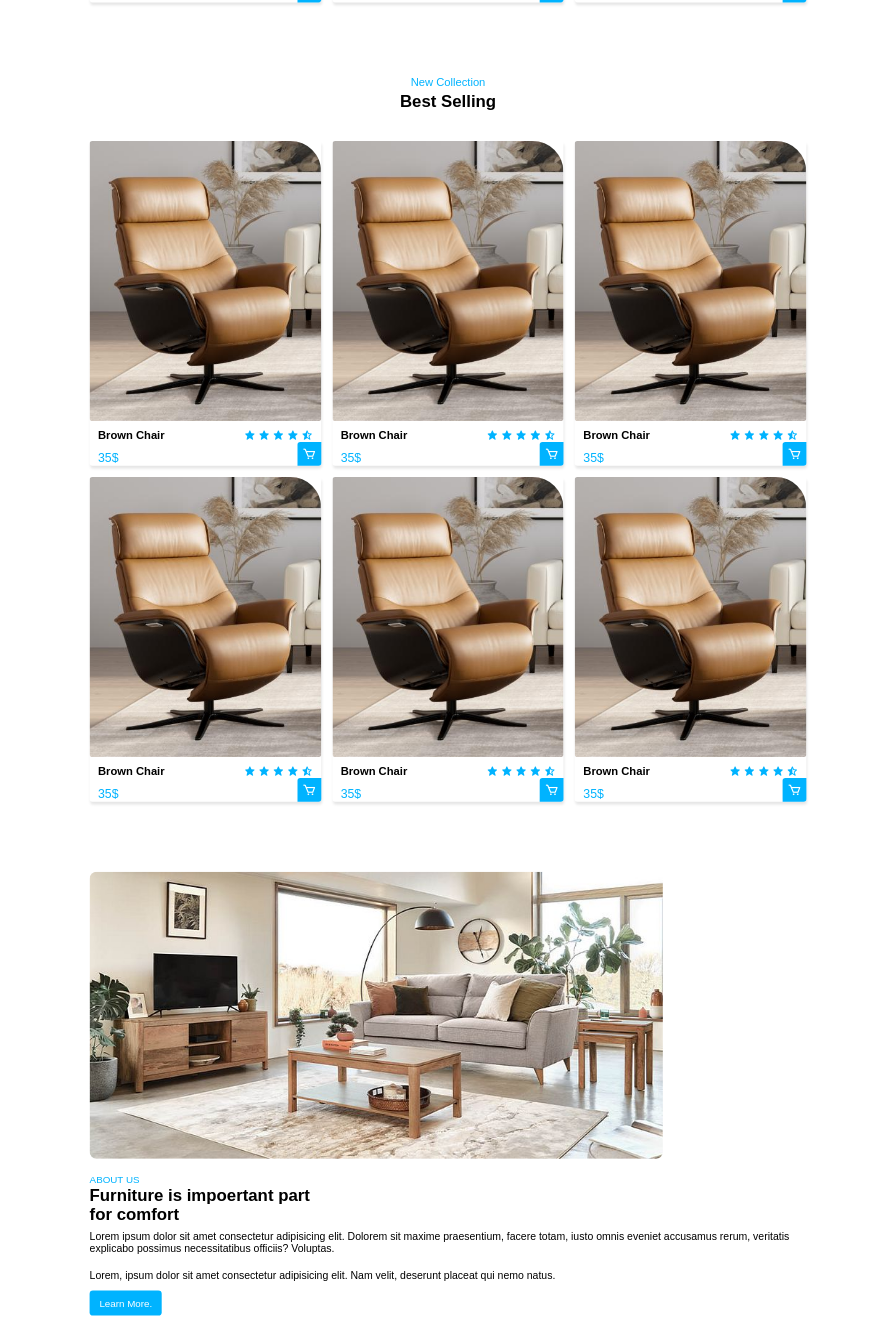
Repository: alishbah7/Choice1
Page: index.html
These files come from the project's save history. The page is drawn as it stood at one moment and after the next save; the edit follows.
The browser window is 1280 px wide. The pictures show the part of the page from y = 1809 to 3729 px (the page is 3729 px tall), at 70% of full size.
Backgrounds fixed to the window are drawn as part of the page.

Above is the page before, as saved 2024-11-24 10:44:58.

### index.html
<!DOCTYPE html>
<html lang="en">
<head>
    <meta charset="UTF-8">
    <meta name="viewport" content="width=device-width, initial-scale=1.0">
    <title>Navbar</title>

    <!--=== CSS ===-->
    <link rel="stylesheet" href="style.css">

    <!--=== BOXICONS ===-->
    <link href='https://unpkg.com/boxicons@2.1.4/css/boxicons.min.css' rel='stylesheet' />
</head>
<body>
    <!------------ header ------------>
    <header>
        <a href="#" class="logo">Choice <span>1.</span></a>
        <div class="bx bx-menu" id="menu-icon"></div>

        <ul class="navbar">
            <li><a href="#home">Home</a></li>
            <li><a href="#shop">Shop</a></li>
            <li><a href="#new">New Arrival</a></li>
            <li><a href="#about">About</a></li>
            <li><a href="#brands">Our Partners</a></li>
            <li><a href="#contact">Contact</a></li>
        </ul>
    </header>

    <!------------ home ------------>
    <section class="home" id="home">
        <div class="home-text">
            <h1><span>Make</span> Your Comfort <br> Is Our <span>Happiness</span></h1>
            <p>Lorem, ipsum dolor sit amet consectetur adipisicing elit. <br> Expedita totam consequuntur fuga quis aperiam nulla.</p>
            <a href="shop" class="btn">Shop Now</a>
        </div>
    </section>

    <!------------ shop ------------>
    <section class="shop" id="shop">
        <div class="heading">
            <span>New Arrival</span>
            <h1>Shop Now</h1>
        </div>
        <!------------ content ------------>
        <div class="shop-container">
            <!------------ box1 ------------>
            <div class="box">
                <div class="box-img">
                    <img src="img/img1.jpg" alt="">
                </div>
                <div class="title-price">
                    <h3>Brown Chair</h3>
                    <div class="stars">
                        <i class="bx bxs-star"></i>
                        <i class="bx bxs-star"></i>
                        <i class="bx bxs-star"></i>
                        <i class="bx bxs-star"></i>
                        <i class="bx bxs-star-half"></i>
                    </div>
                </div>
                <span>35$</span>
                <i class="bx bx-cart"></i>
            </div>
            <!------------ box2 ------------>
            <div class="box">
                <div class="box-img">
                    <img src="img/img1.jpg" alt="">
                </div>
                <div class="title-price">
                    <h3>Brown Chair</h3>
                    <div class="stars">
                        <i class="bx bxs-star"></i>
                        <i class="bx bxs-star"></i>
                        <i class="bx bxs-star"></i>
                        <i class="bx bxs-star"></i>
                        <i class="bx bxs-star-half"></i>
                    </div>
                </div>
                <span>35$</span>
                <i class="bx bx-cart"></i>
            </div>
            <!------------ box3 ------------>
            <div class="box">
                <div class="box-img">
                    <img src="img/img1.jpg" alt="">
                </div>
                <div class="title-price">
                    <h3>Brown Chair</h3>
                    <div class="stars">
                        <i class="bx bxs-star"></i>
                        <i class="bx bxs-star"></i>
                        <i class="bx bxs-star"></i>
                        <i class="bx bxs-star"></i>
                        <i class="bx bxs-star-half"></i>
                    </div>
                </div>
                <span>35$</span>
                <i class="bx bx-cart"></i>
            </div>
            <!------------ box4 ------------>
            <div class="box">
                <div class="box-img">
                    <img src="img/img1.jpg" alt="">
                </div>
                <div class="title-price">
                    <h3>Brown Chair</h3>
                    <div class="stars">
                        <i class="bx bxs-star"></i>
                        <i class="bx bxs-star"></i>
                        <i class="bx bxs-star"></i>
                        <i class="bx bxs-star"></i>
                        <i class="bx bxs-star-half"></i>
                    </div>
                </div>
                <span>35$</span>
                <i class="bx bx-cart"></i>
            </div>
            <!------------ box5 ------------>
            <div class="box">
                <div class="box-img">
                    <img src="img/img1.jpg" alt="">
                </div>
                <div class="title-price">
                    <h3>Brown Chair</h3>
                    <div class="stars">
                        <i class="bx bxs-star"></i>
                        <i class="bx bxs-star"></i>
                        <i class="bx bxs-star"></i>
                        <i class="bx bxs-star"></i>
                        <i class="bx bxs-star-half"></i>
                    </div>
                </div>
                <span>35$</span>
                <i class="bx bx-cart"></i>
            </div>
            <!------------ box6 ------------>
            <div class="box">
                <div class="box-img">
                    <img src="img/img1.jpg" alt="">
                </div>
                <div class="title-price">
                    <h3>Brown Chair</h3>
                    <div class="stars">
                        <i class="bx bxs-star"></i>
                        <i class="bx bxs-star"></i>
                        <i class="bx bxs-star"></i>
                        <i class="bx bxs-star"></i>
                        <i class="bx bxs-star-half"></i>
                    </div>
                </div>
                <span>35$</span>
                <i class="bx bx-cart"></i>
            </div>
        </div>
    </section>
    <!------------ new arrival ------------>
    <section class="new" id="new">
        <div class="heading">
            <span>New Collection</span>
            <h1>Best Selling</h1>
        </div>
    <!------------ content ------------>
    <div class="new-container">
        <!------------ box1 ------------>
        <div class="box">
            <div class="box-img">
                <img src="img/img1.jpg" alt="">
            </div>
            <div class="title-price">
                <h3>Brown Chair</h3>
                <div class="stars">
                    <i class="bx bxs-star"></i>
                    <i class="bx bxs-star"></i>
                    <i class="bx bxs-star"></i>
                    <i class="bx bxs-star"></i>
                    <i class="bx bxs-star-half"></i>
                </div>
            </div>
            <span>35$</span>
            <i class="bx bx-cart"></i>
        </div>
        <!------------ box2 ------------>
        <div class="box">
            <div class="box-img">
                <img src="img/img1.jpg" alt="">
            </div>
            <div class="title-price">
                <h3>Brown Chair</h3>
                <div class="stars">
                    <i class="bx bxs-star"></i>
                    <i class="bx bxs-star"></i>
                    <i class="bx bxs-star"></i>
                    <i class="bx bxs-star"></i>
                    <i class="bx bxs-star-half"></i>
                </div>
            </div>
            <span>35$</span>
            <i class="bx bx-cart"></i>
        </div>
        <!------------ box3 ------------>
        <div class="box">
            <div class="box-img">
                <img src="img/img1.jpg" alt="">
            </div>
            <div class="title-price">
                <h3>Brown Chair</h3>
                <div class="stars">
                    <i class="bx bxs-star"></i>
                    <i class="bx bxs-star"></i>
                    <i class="bx bxs-star"></i>
                    <i class="bx bxs-star"></i>
                    <i class="bx bxs-star-half"></i>
                </div>
            </div>
            <span>35$</span>
            <i class="bx bx-cart"></i>
        </div>
        <!------------ box4 ------------>
        <div class="box">
            <div class="box-img">
                <img src="img/img1.jpg" alt="">
            </div>
            <div class="title-price">
                <h3>Brown Chair</h3>
                <div class="stars">
                    <i class="bx bxs-star"></i>
                    <i class="bx bxs-star"></i>
                    <i class="bx bxs-star"></i>
                    <i class="bx bxs-star"></i>
                    <i class="bx bxs-star-half"></i>
                </div>
            </div>
            <span>35$</span>
            <i class="bx bx-cart"></i>
        </div>
        <!------------ box5 ------------>
        <div class="box">
            <div class="box-img">
                <img src="img/img1.jpg" alt="">
            </div>
            <div class="title-price">
                <h3>Brown Chair</h3>
                <div class="stars">
                    <i class="bx bxs-star"></i>
                    <i class="bx bxs-star"></i>
                    <i class="bx bxs-star"></i>
                    <i class="bx bxs-star"></i>
                    <i class="bx bxs-star-half"></i>
                </div>
            </div>
            <span>35$</span>
            <i class="bx bx-cart"></i>
        </div>
        <!------------ box6 ------------>
        <div class="box">
            <div class="box-img">
                <img src="img/img1.jpg" alt="">
            </div>
            <div class="title-price">
                <h3>Brown Chair</h3>
                <div class="stars">
                    <i class="bx bxs-star"></i>
                    <i class="bx bxs-star"></i>
                    <i class="bx bxs-star"></i>
                    <i class="bx bxs-star"></i>
                    <i class="bx bxs-star-half"></i>
                </div>
            </div>
            <span>35$</span>
            <i class="bx bx-cart"></i>
        </div>
    </div>
</section>
<!------------ about ------------>
<section class="about" id="about">
    <div class="about-img">
        <img src="img/furniture4.jpeg" alt="">
    </div>
    <div class="about-text">
        <span>About Us</span>
        <h2>Furniture is impoertant part <br>for comfort</h2>
        <p>Lorem ipsum dolor sit amet consectetur adipisicing elit. Dolorem sit maxime praesentium, facere totam, iusto omnis eveniet accusamus rerum, veritatis explicabo possimus necessitatibus officiis? Voluptas.</p>
        <p>Lorem, ipsum dolor sit amet consectetur adipisicing elit. Nam velit, deserunt placeat qui nemo natus.</p>
        <a href="#shop" class="btn">Learn More.</a>
    </div>
</section>


</body>
</html>

### style.css
*{
    margin: 0;
    padding: 0;
    box-sizing: border-box;
    scroll-behavior: smooth;
    scroll-padding-top: 2rem;
    list-style: none;
    text-decoration: none;
    font-family: "Poppins", sans-serif;
}

:root{
    --text-color: #000000;
    --main-color: #00b3ff;
}

section{
    padding: 50px 10%;
}

header{
    position: fixed;
    width: 100%;
    top: 0;
    right: 0;
    z-index: 1000;
    display: flex;
    align-items: center;
    justify-content: space-between;
    padding: 18px 100px;
    background: #edecea;
}

.logo{
    font-size: 1.2rem;
    font-weight: 600;
    color: var(--text-color);
}

.logo span{
    color: var(--main-color);
}

.navbar{
    position: relative;
    display: flex;
}

.navbar a{
    font-size: 1rem;
    padding: 10px 20px;
    font-weight: 500;
    color: var(--text-color);
}

.navbar a:hover{
    color: var(--main-color);
}

#menu-icon{
    font-size: 2rem;
    cursor: pointer;
    display: none;
}

.home{
    width: 100%;
    min-height: 100vh;
    background-image: url(img/furniture2.jpg);
    background-repeat: no-repeat;
    background-size: cover;
    background-position: right;
    background-attachment: fixed;
    display: flex;
    align-items: center;
}

.home-text h1{
    font-size: 2.7rem;
    color: #fff;
}

.home-text p{
    font-size: 0.938rem;
    margin: 0.4rem 0 1.8rem;
    color: #fff;
}

.home-text span{
    color: var(--main-color);
}

.btn{
    padding: 10px 14px;
    background: var(--main-color);
    color: #fff;
    border-radius: 0.3rem;
    font-size: 14px;
}

.btn:hover{
    background-color: #ffffff00;
    border: 2px solid var(--main-color);
}

.heading span{
    display: flex;
    align-items: center;
    justify-content: center;
    color: var(--main-color);
    padding: 5px;
}

.heading h1{
    display: flex;
    align-items: center;
    justify-content: center;
    padding-bottom: 10px;
}

.shop-container, .new-container {
    display: grid;
    grid-template-columns: repeat(auto-fit, minmax(300px, auto));
    gap: 1rem;
    margin-top: 2rem;
}

.box{
    position: relative;
    box-shadow: 1px 4px 4px rgb(0, 0, 0, 0.1);
    border-radius: 44px 4px 4px 4px;
}

.box .box-img{
    width: 100%;
    height: 400px;
    overflow: hidden;
    border-radius: 44px 4px 0 0;
}

.box .box-img img{
    width: 100%;
    height: 100%;
    object-fit: cover;
    object-position: center;
}

.box .box-img img:hover{
    transform: scale(1.1);
    transition: 0.5s;
}

.title-price{
    display: flex;
    justify-content: space-between;
    padding: 12px;
}

.title-price h3{
    font-size: 1rem;
    font-weight: 600;
}

.box span{
    font-size: 1.1rem;
    font-weight: 500;
    padding-left: 12px;
    color: var(--main-color);
}

.stars .bx{
    color: var(--main-color);
}

.box .bx-cart{
    position: absolute;
    bottom: 0;
    right: 0;
    padding: 7px;
    font-size: 20px;
    color: #fff;
    border-radius: 4px 0 4px 0;
    background: var(--main-color);
}

.box .bx-cart:hover{
    color: var(--main-color);
    background-color: #fff;
    border: 1px solid var(--main-color);
    cursor: pointer;
}

.new-container .box{
    border-radius: 4px;
}

.new-container .box .box-img{
    border-radius: 4px 44px 4px 4px;
}

.about{
    display: grid;
    grid-template-columns: repeat(1, 2fr);
    gap: 1rem;
}

.about-img img{
    width: 80%;
    border-radius: 10px;
    object-fit: contain;
}

.about-text span{
    font-size: 14px;
    font-weight: 500;
    text-transform: uppercase;
    color: var(--main-color);
}

.about-text p{
    font-size: 0.938rem;
    margin: 0.5rem 0 1.4rem;
}

After the next save:
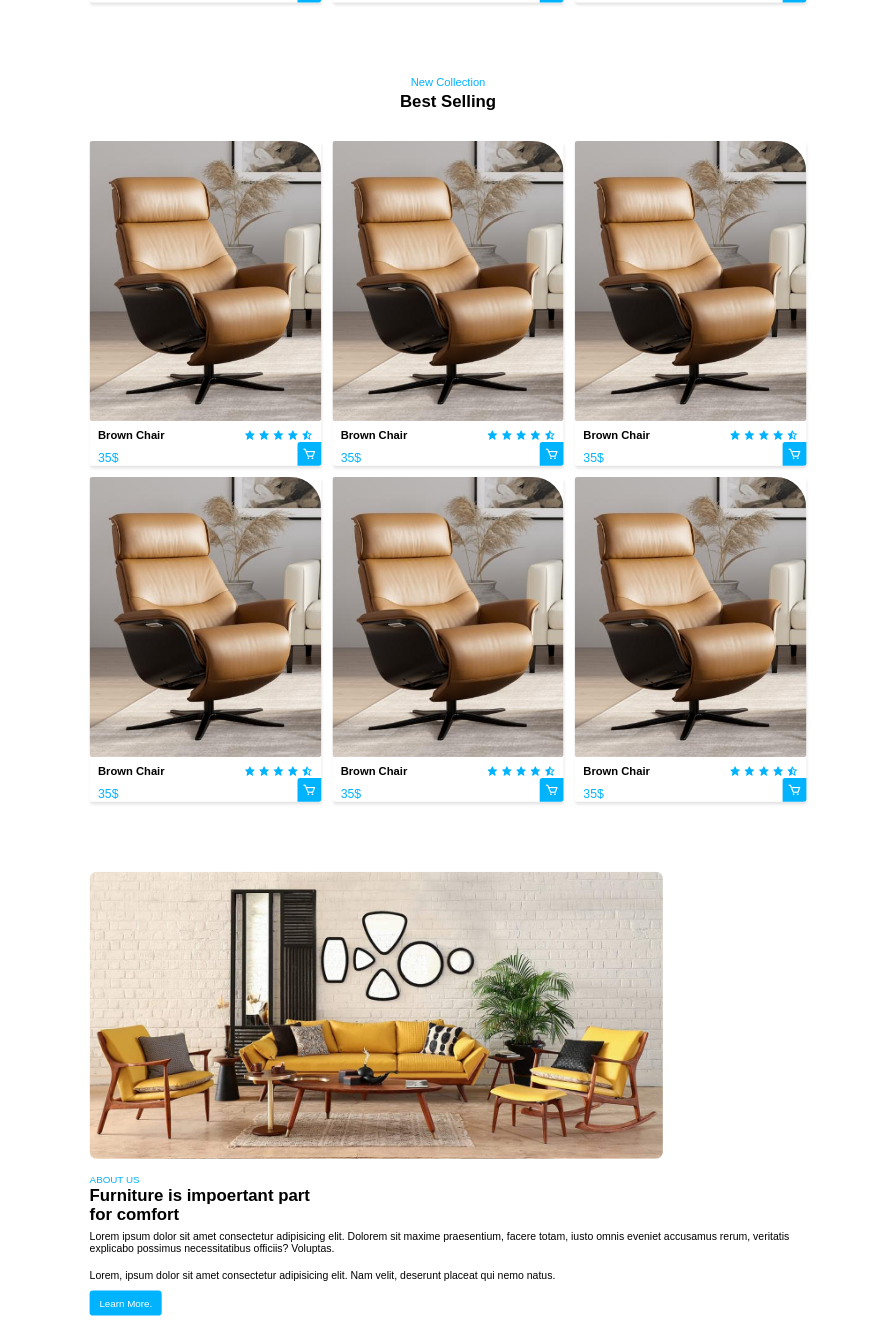
Saved 18 s later.
--- a/index.html
+++ b/index.html
@@ -275,7 +275,7 @@
 <!------------ about ------------>
 <section class="about" id="about">
     <div class="about-img">
-        <img src="img/furniture4.jpeg" alt="">
+        <img src="img/Furniture3.jpg" alt="">
     </div>
     <div class="about-text">
         <span>About Us</span>

After the save that followed:
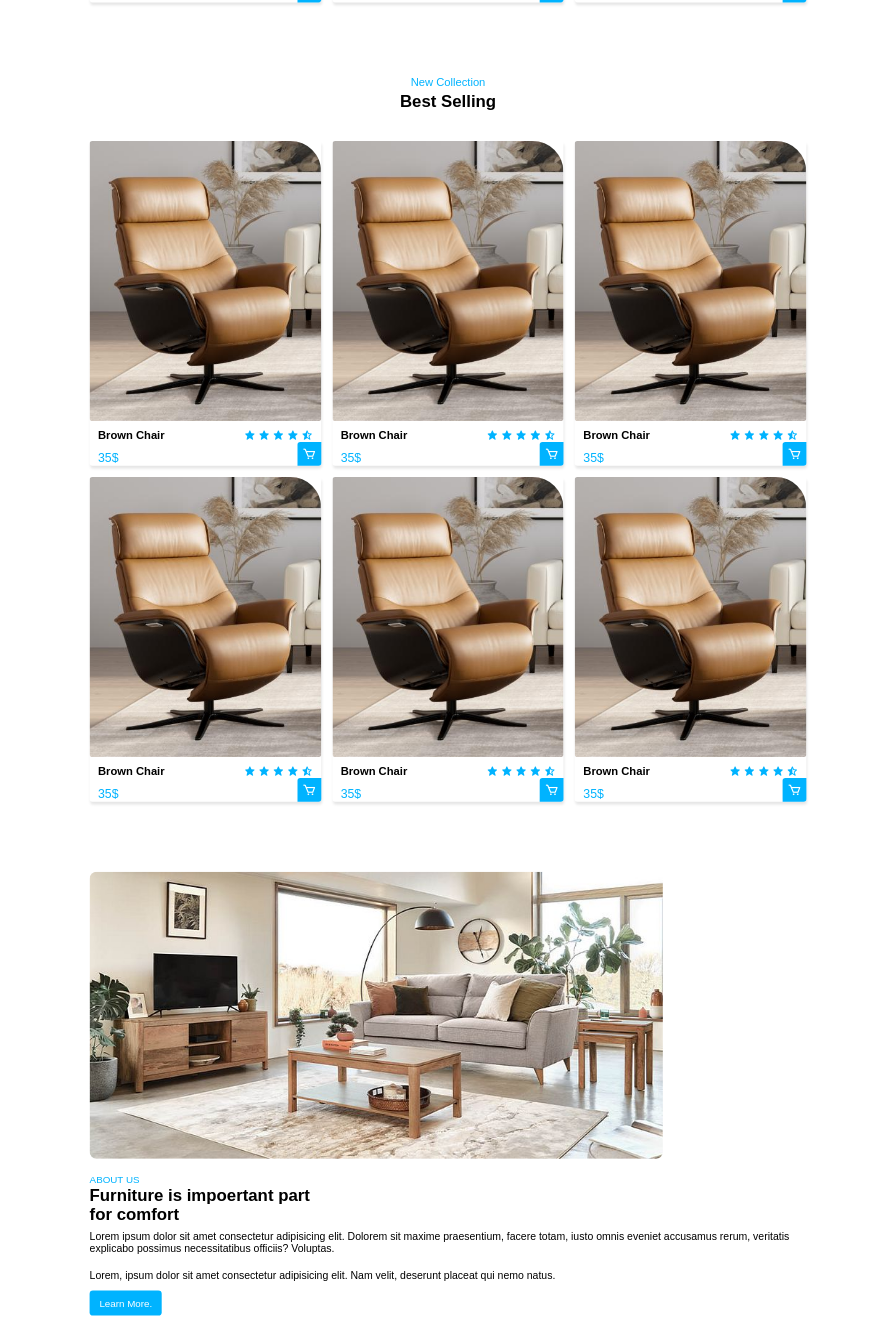
Saved 14 s later.
--- a/index.html
+++ b/index.html
@@ -275,7 +275,7 @@
 <!------------ about ------------>
 <section class="about" id="about">
     <div class="about-img">
-        <img src="img/Furniture3.jpg" alt="">
+        <img src="img/furniture4.jpeg" alt="">
     </div>
     <div class="about-text">
         <span>About Us</span>
